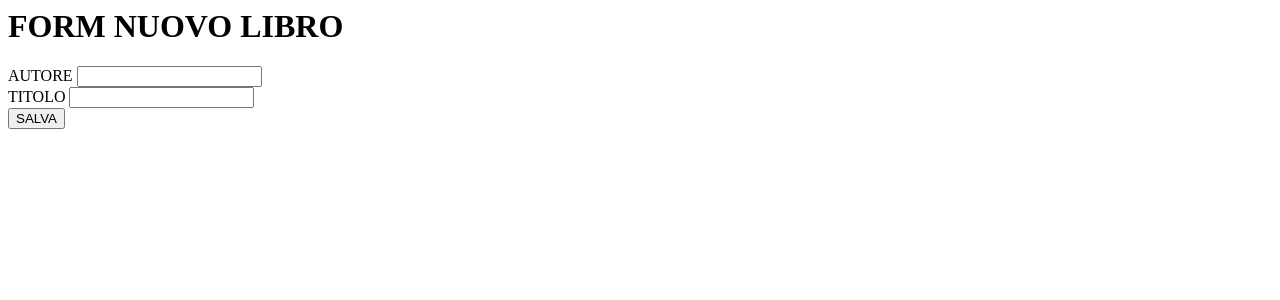
Repository: foferys/Libreria_Spring
Page: libreria/src/main/webapp/libri/formnuovolibro.html
These files come from the project's save history. The page is drawn as it stood at one moment and after the next save; the edit follows.
The browser window is 1280 px wide. The pictures show the whole page.

Above is the page before, as saved 2024-06-28 14:01:04.

After the next save:
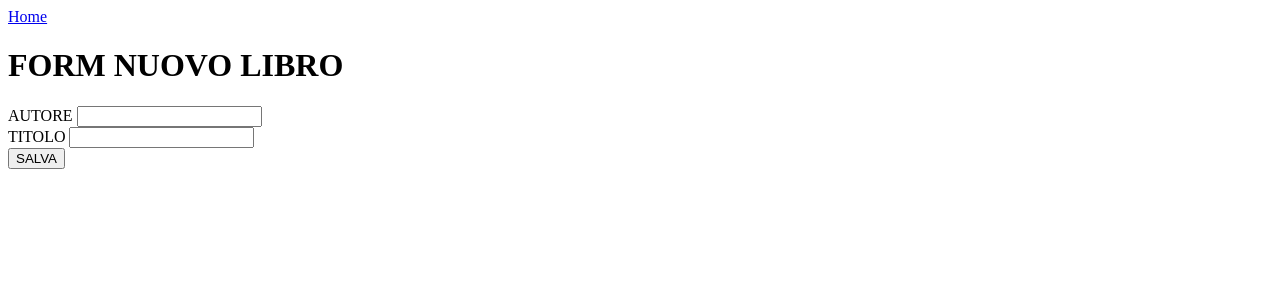
Saved 4 s later.
--- a/libreria/src/main/webapp/libri/formnuovolibro.html
+++ b/libreria/src/main/webapp/libri/formnuovolibro.html
@@ -4,7 +4,7 @@
 	</head>
 	<body>
 
-		<a href="/"></a>
+		<a href="/">Home</a>
 
 		<h1>FORM NUOVO LIBRO</h1>
 		<form action="nuovolibro" method="get">
